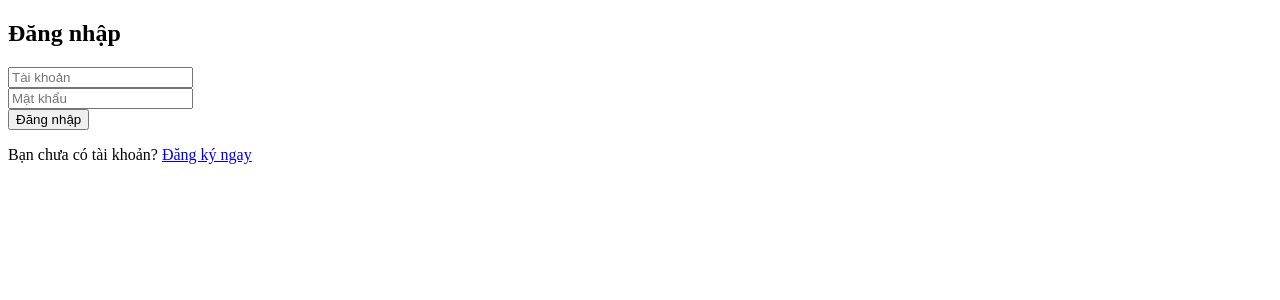
Repository: quynh-trandiem04/BaiTap_Tuan4_LTWeb
Page: http://localhost/Project_LTWeb/login
The author's editor kept a copy of each file at every save. The page is drawn from the files as they stood at one save, then again after the next save.
The browser window is 1280 px wide. The pictures show the whole page.
The page is served by Tomcat 10.

Above is the page before, as saved 2024-09-16 16:40:40.

After the next save:
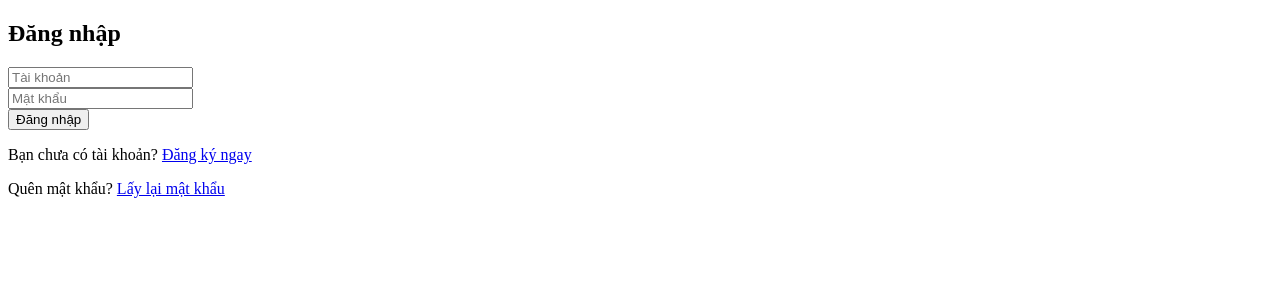
Saved 11 min 9 s later.
--- a/Project_LTWeb/src/main/webapp/views/Login.jsp
+++ b/Project_LTWeb/src/main/webapp/views/Login.jsp
@@ -51,5 +51,10 @@
         <p>Bạn chưa có tài khoản? <a href="${pageContext.request.contextPath}/register">Đăng ký ngay</a></p>
     </div>
 
+    <!-- Thêm liên kết đến trang quên mật khẩu -->
+    <div>
+        <p>Quên mật khẩu? <a href="${pageContext.request.contextPath}/forgotPassword">Lấy lại mật khẩu</a></p>
+    </div>
+
 </body>
 </html>
